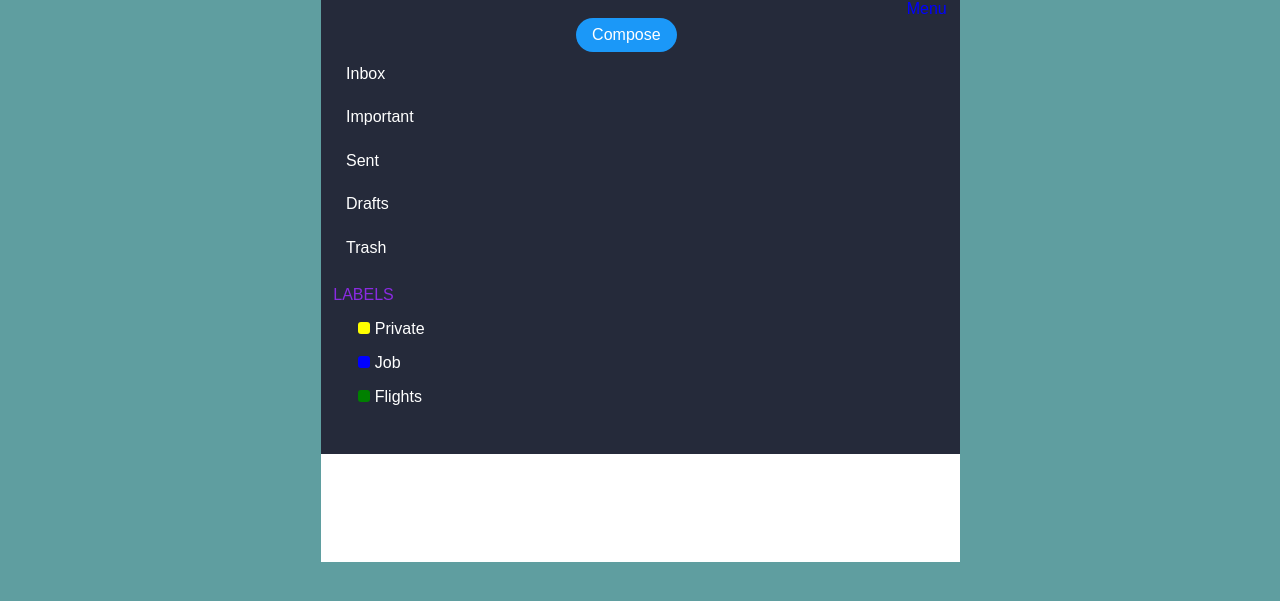
Repository: Gumiin/studia
Page: lesson4/index.html
These files come from the project's save history. The page is drawn as it stood at one moment and after the next save; the edit follows.
The browser window is 1280 px wide. The pictures show the whole page.

Above is the page before, as saved 2021-04-21 17:29:49.

After the next save:
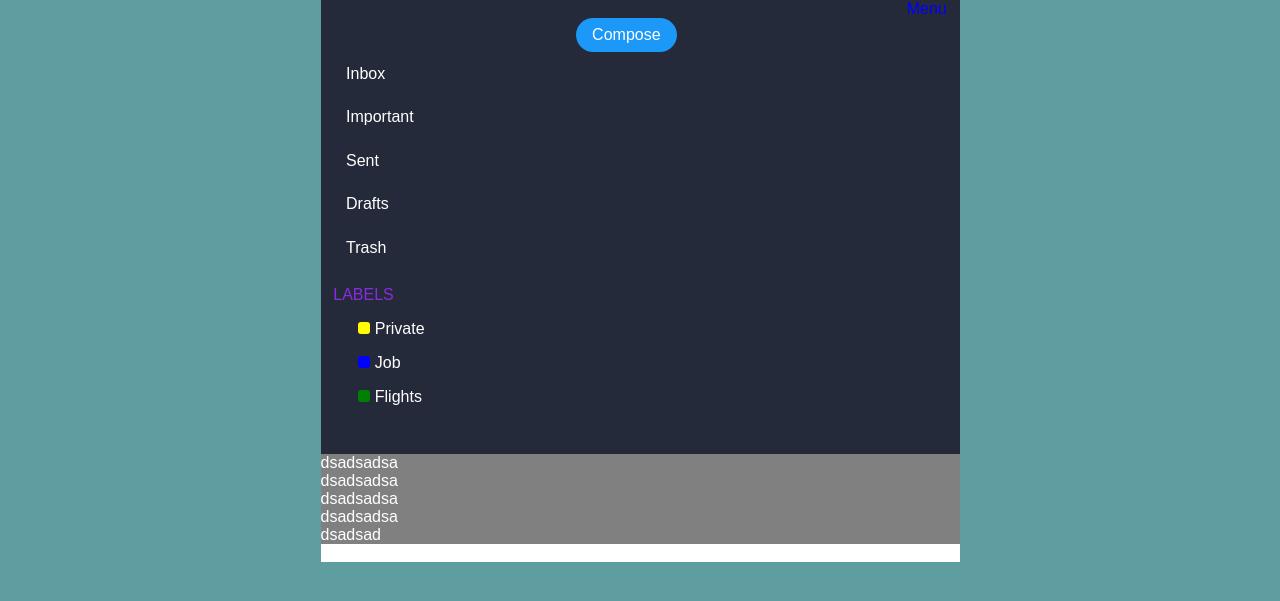
Saved 2 min 21 s later.
--- a/lesson4/style.css
+++ b/lesson4/style.css
@@ -58,6 +58,11 @@ main{
     border-radius: 3px;
     margin-left:4%;
 }
+list{
+    background:grey;
+    display: grid;
+    grid-template-areas:
+}
 @media screen and (min-width: 576px) {
 
 }

After the save that followed:
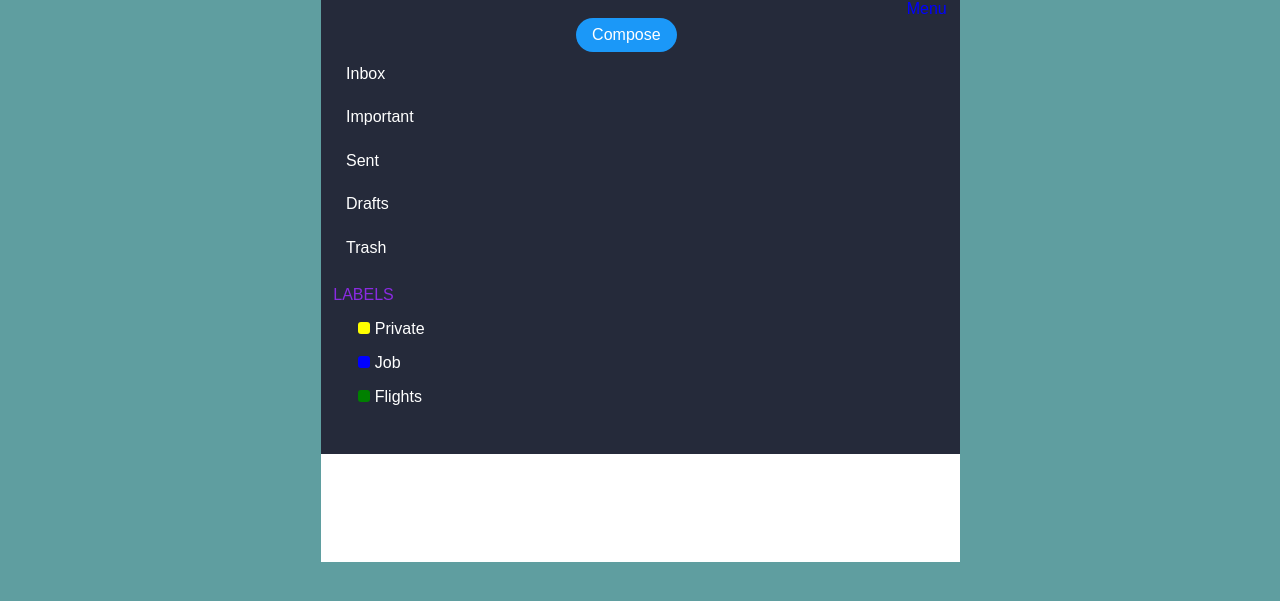
Saved 117 s later.
--- a/lesson4/style.css
+++ b/lesson4/style.css
@@ -58,7 +58,7 @@ main{
     border-radius: 3px;
     margin-left:4%;
 }
-list{
+messenge{
     background:grey;
     display: grid;
     grid-template-areas:
